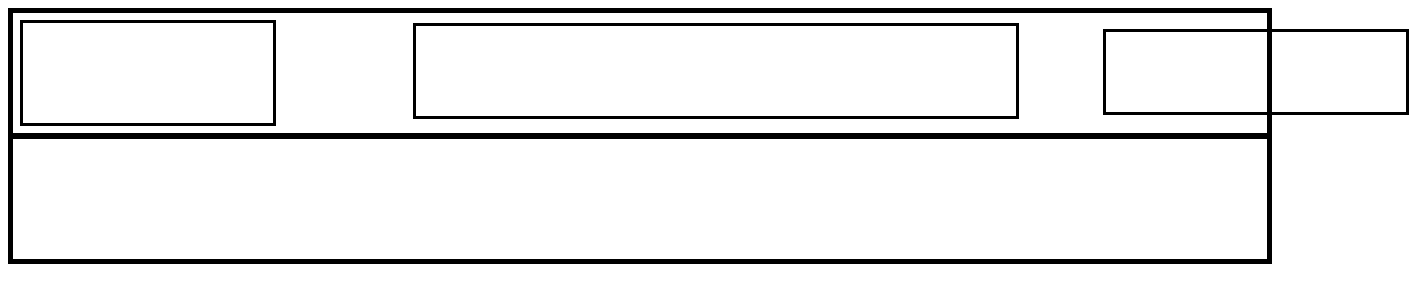
Repository: cartervandekamp/htmlstructure.mdia2003
Page: htmlstructure-psd/index.html
The author's editor kept a copy of each file at every save. The page is drawn from the files as they stood at one save, then again after the next save.
The browser window is 1280 px wide. The page is 1409 px wide, so the pictures cover 1409 px, including what lies to the right of the window. The pictures show the whole page.

Above is the page before, as saved 2023-01-16 18:11:11.

After the next save:
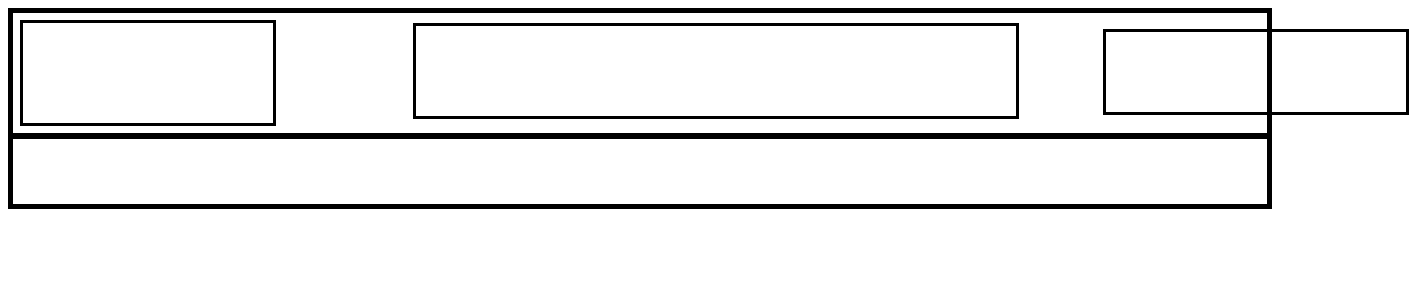
Saved 6 s later.
--- a/htmlstructure-psd/style.css
+++ b/htmlstructure-psd/style.css
@@ -39,7 +39,7 @@ body {
 }
 
 .thinbar {
-    height: 120px;
+    height: 65px;
     border-style: solid;
     border-color: black;
 }
